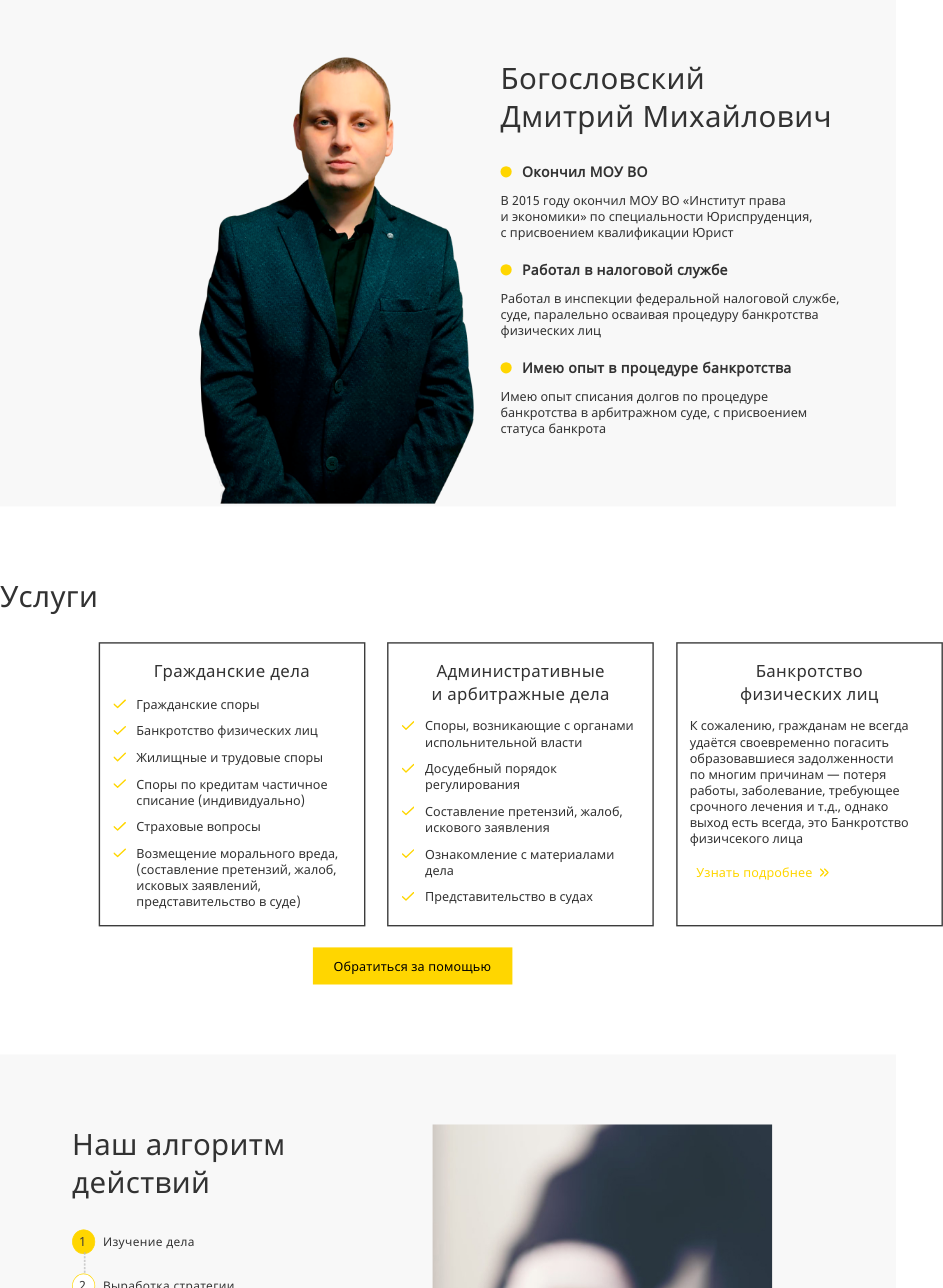
Repository: Nisovaki/antei
Page: http://localhost/
An editor plug-in stored every save of this project. The page is shown before and after the next save, followed by the edit.
The browser window is 1280 px wide. The page is 1347 px wide, so the pictures cover 1347 px, including what lies to the right of the window. The pictures show the part of the page from y = 799 to 2639 px (the page is 6036 px tall), at 70% of full size.
The page is run by PHP 8.4 with error messages shown; the project is at /var/www/html/. Style sheets and scripts are compiled from the project's sources, by tool versions that may differ from the author's.

Above is the page before, as saved 2022-03-19 11:47:46.

After the next save:
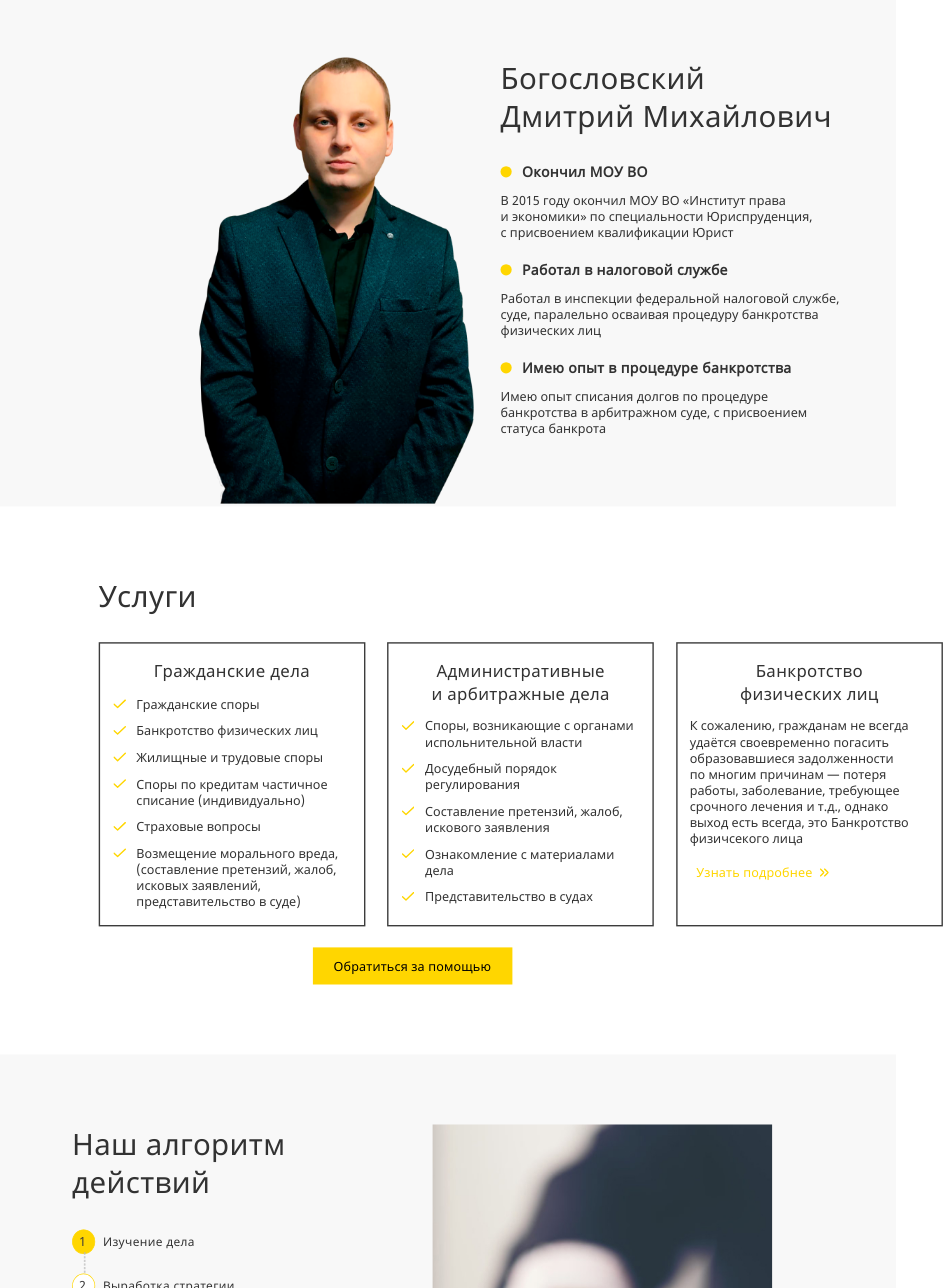
Saved 41 s later.
--- a/sass/block/_services.sass
+++ b/sass/block/_services.sass
@@ -5,6 +5,7 @@
         letter-spacing: 0.6px
         margin: 0
         margin-bottom: 40px
+        margin-left: 11%
     &-block
         width: 1206px
         display: flex
@@ -28,7 +29,6 @@
             text-align: center
             width: 294px
             letter-spacing: 0.5px
-            margin-left: 11%
         &__cell
             padding-inline-start: 8px
             font-size: 18px
